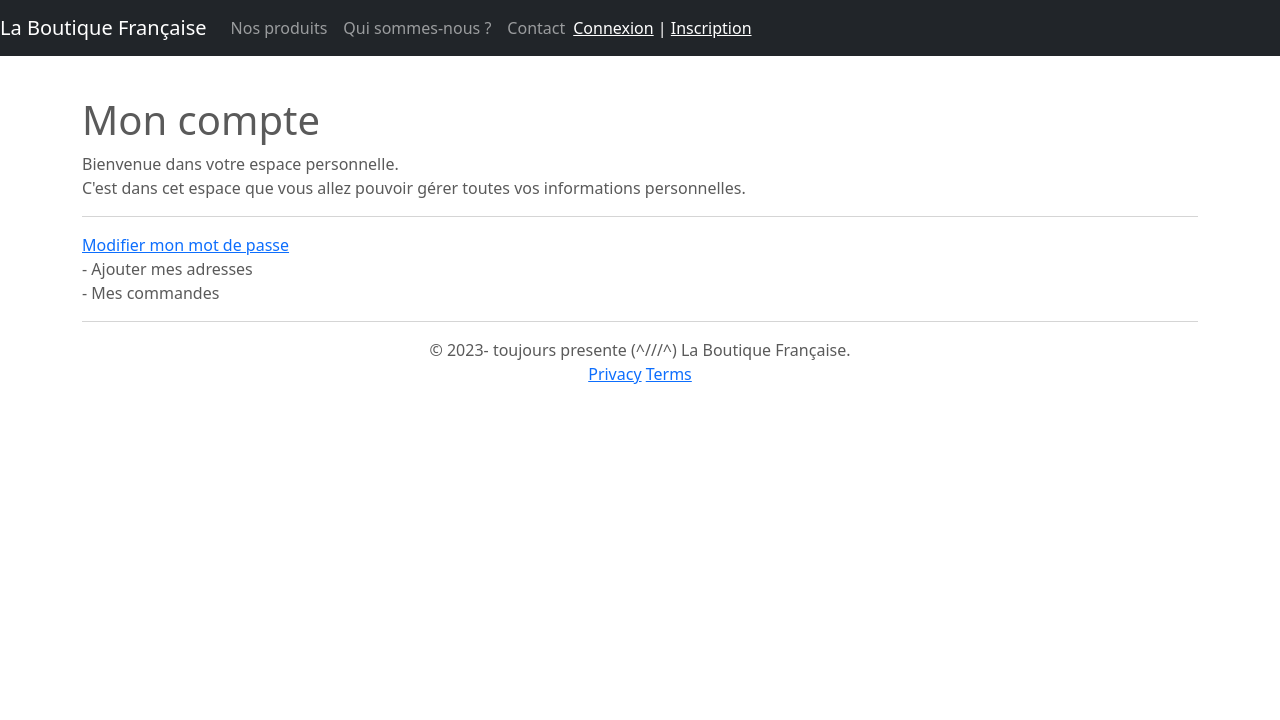
Repository: Coulibaly00180/laboutiquefrancaise
Page: templates/account/index.html.twig
These files come from the project's save history. The page is drawn as it stood at one moment and after the next save; the edit follows.
The browser window is 1280 px wide. The pictures show the whole page.
The page is a Twig template of a Symfony application; nobody is signed in and links lead nowhere. The template is opened directly, without the code that normally fills it, so the values that code supplies are empty.

Above is the page before, as saved 2023-03-03 17:56:45.

After the next save:
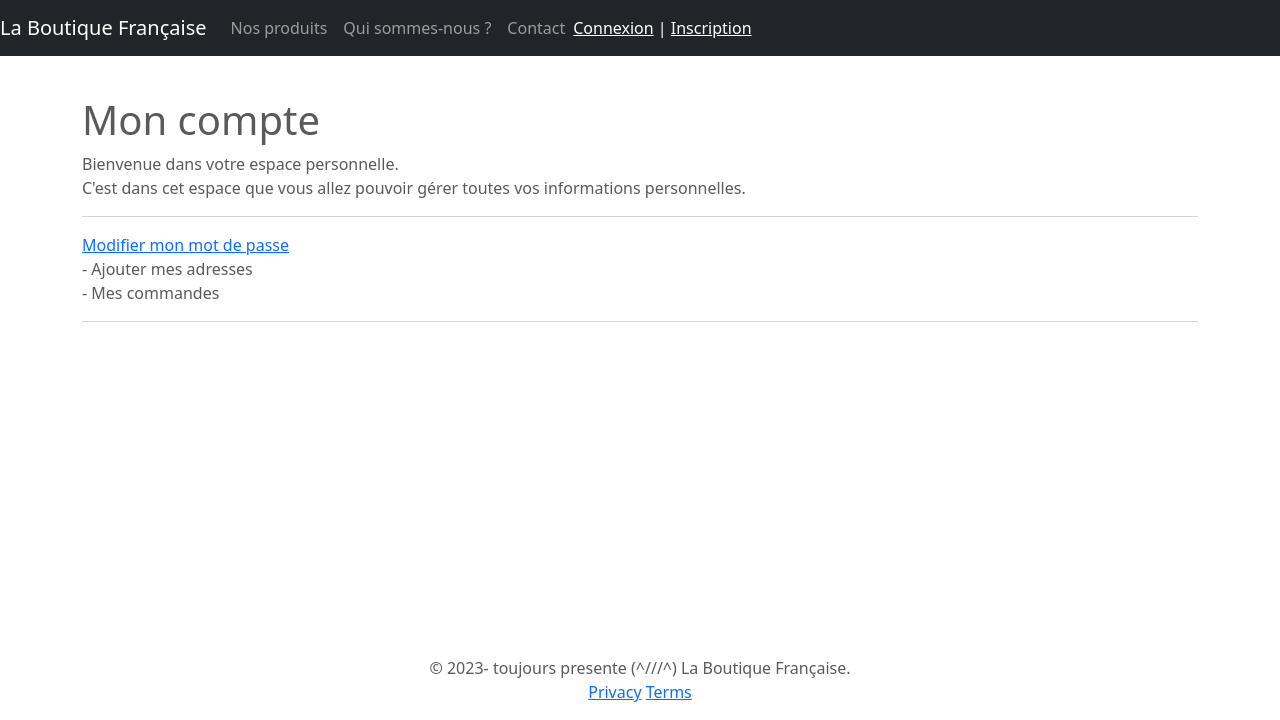
Saved 52 s later.
--- a/public/assets/css/style.css
+++ b/public/assets/css/style.css
@@ -5,6 +5,6 @@
 .footer-custom{
     text-align: center;
     position: absolute;
-    bottom: 50;
+    bottom: 0;
     width: 100%;
 }

After the save that followed:
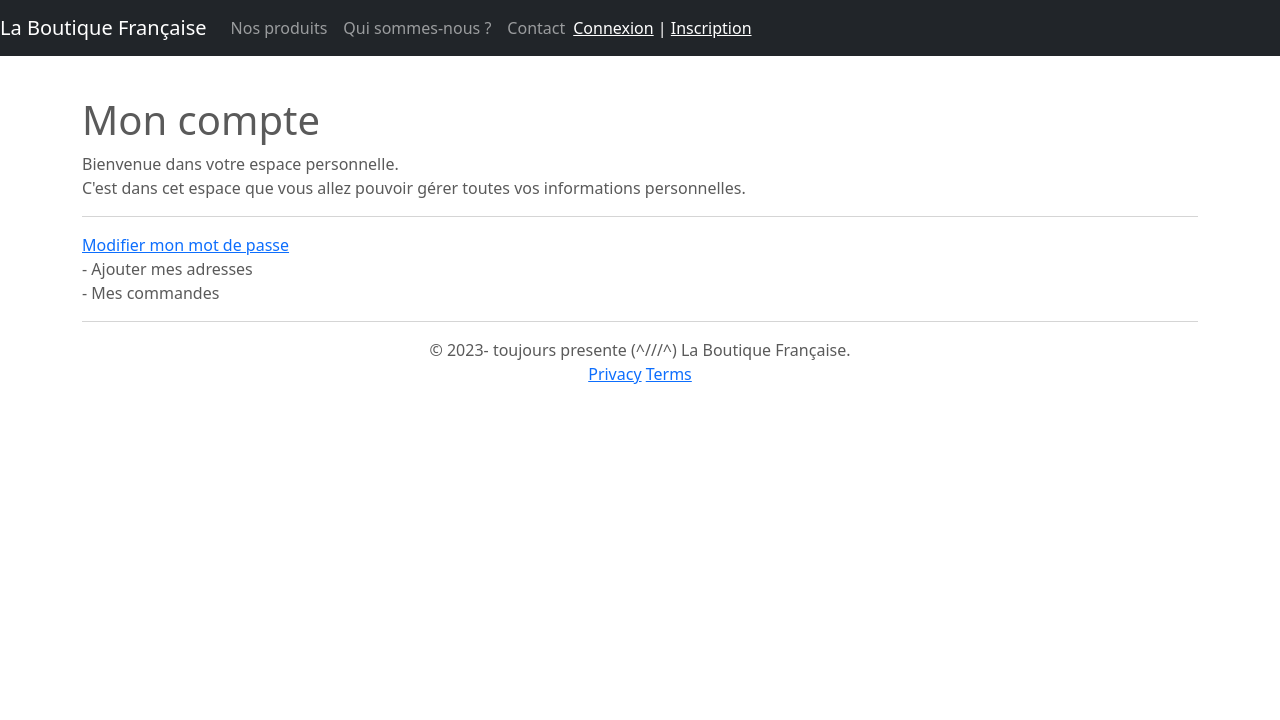
Saved 4 s later.
--- a/public/assets/css/style.css
+++ b/public/assets/css/style.css
@@ -4,7 +4,7 @@
 
 .footer-custom{
     text-align: center;
-    position: absolute;
+    position: inherit;
     bottom: 0;
     width: 100%;
 }
